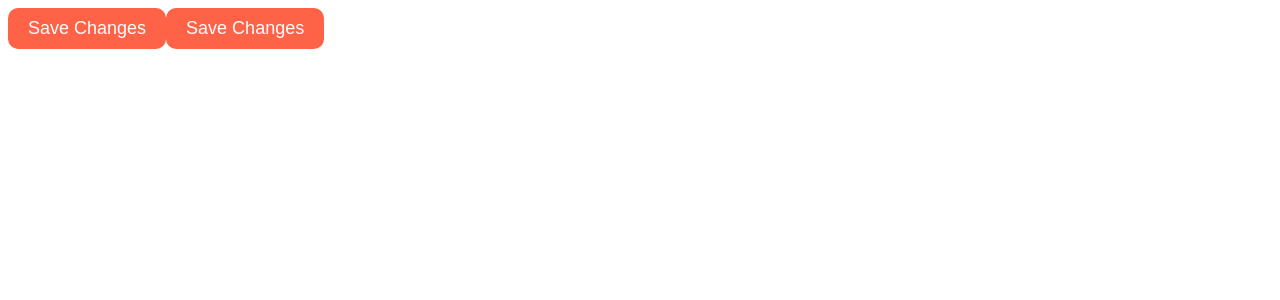
Repository: TaewookKwak/React
Page: propTypes.html
An editor plug-in stored every save of this project. The page is shown before and after the next save, followed by the edit.
The browser window is 1280 px wide. The pictures show the whole page.

Above is the page before, as saved 2021-12-15 13:40:38.

After the next save:
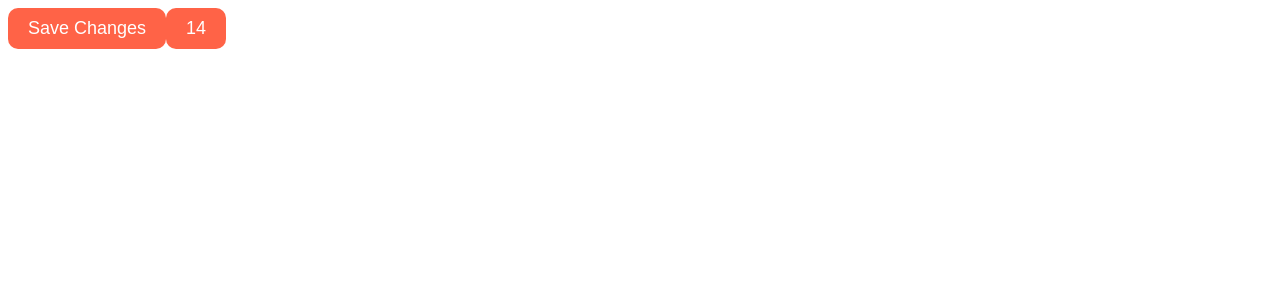
Saved 16 s later.
--- a/propTypes.html
+++ b/propTypes.html
@@ -28,7 +28,7 @@
       return (
         <div>
           <Btn text="Save Changes" fontSize={18} />
-          <Btn text="Save Changes" fontSize={18} />
+          <Btn text={14} fontSize={18} />
         </div>
       );
     }
